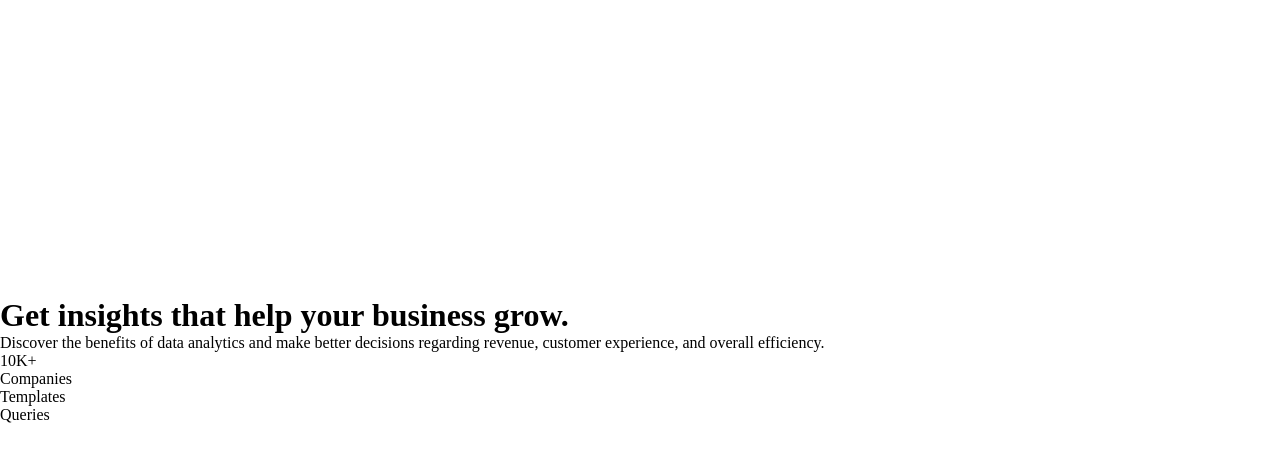
Repository: keisewarsame/stats-preview-frontendmentor
Page: index.html
An editor plug-in stored every save of this project. The page is shown before and after a run of saves, followed by the edit.
The browser window is 1280 px wide. The pictures show the whole page.

Above is the page before, as saved 2022-07-12 12:46:22.

After the next 3 saves:
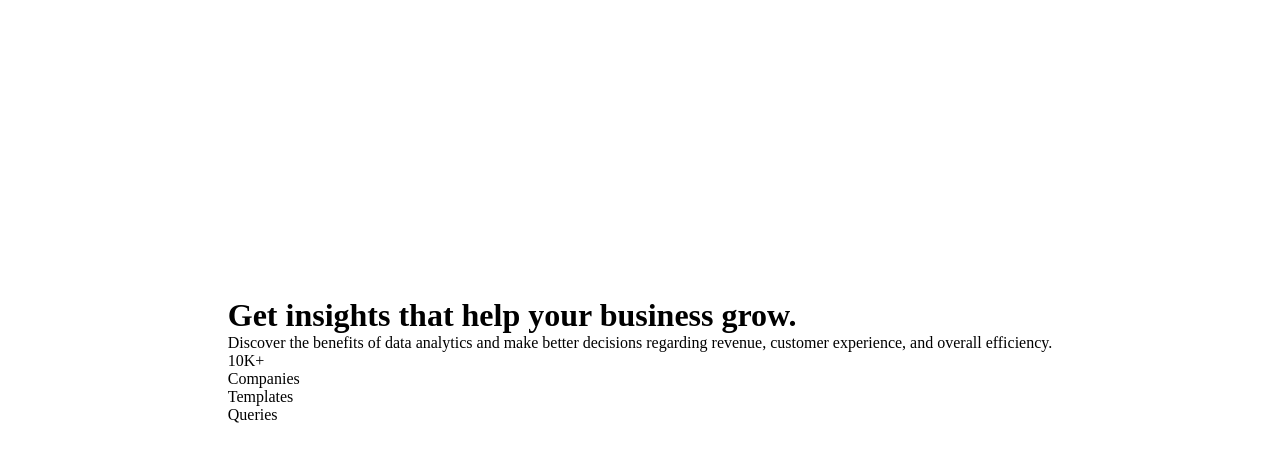
The 3 saves are shown as one change because they came seconds apart.
The last was saved 11 s later.
--- a/styles.css
+++ b/styles.css
@@ -12,5 +12,5 @@ body {
 }
 
 .container {
-
+    margin: 0 auto
 }
